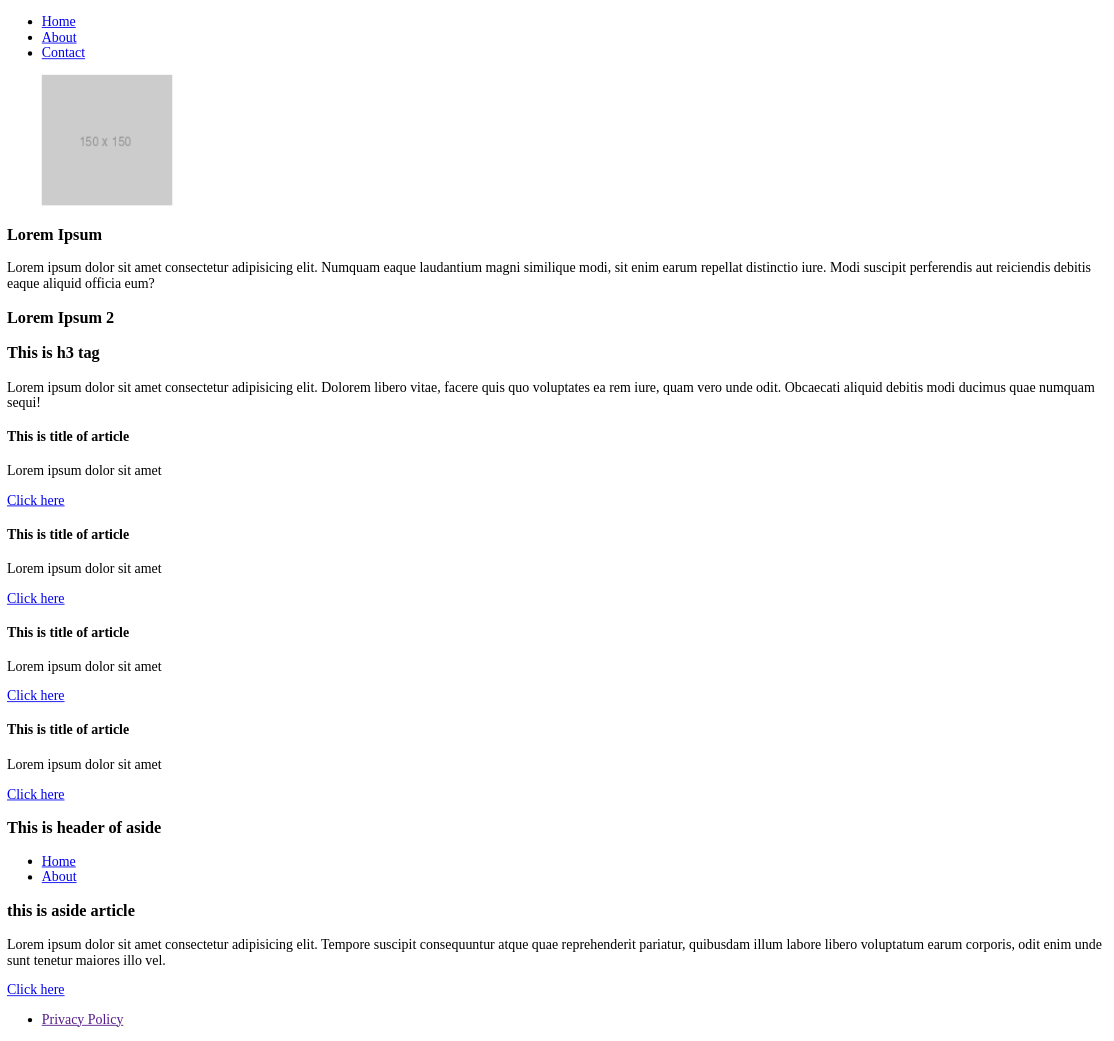
Repository: fisikusari/test-repo
Page: index.html
These files come from the project's save history. The page is drawn as it stood at one moment and after the next save; the edit follows.
The browser window is 1280 px wide. The pictures show the whole page, at 87% of full size.

Above is the page before, as saved 2021-11-11 18:38:19.

### index.html
<!DOCTYPE html>

<html lang="en">

<head>
  <meta charset="UTF-8">
  <meta http-equiv="X-UA-Compatible" content="IE=edge">
  <meta name="viewport" content="width=device-width, initial-scale=1.0">
  <title>Fisnik</title>
</head>
<nav>
  <ul>
    <li><a href="#">Home</a></li>
    <li><a href="about.html">About</a></li>
    <li><a href="contact.html">Contact</a></li>
  </ul>
</nav>


<body>
  <section class="main">
    <section>
      <figure>
        <img src="assets/150.png" alt="This is alt for this image">
      </figure>
      <h1>Lorem Ipsum</h1>
      <p>Lorem ipsum dolor sit amet consectetur adipisicing elit. Numquam eaque laudantium magni similique modi, sit enim earum repellat distinctio iure. Modi suscipit perferendis
        aut reiciendis debitis eaque aliquid officia eum?</p>
    </section>
    <section>
      <h1>Lorem Ipsum 2</h1>
      <h3>This is h3 tag</h3>
      <p>Lorem ipsum dolor sit amet consectetur adipisicing elit. Dolorem libero vitae, facere quis quo voluptates ea rem iure, quam vero unde odit. Obcaecati aliquid debitis modi
        ducimus quae numquam sequi!</p>
    </section>
    <section>
      <article>
        <h1>This is title of article</h1>
        <p>Lorem ipsum dolor sit amet</p>
        <a href="about.html">Click here</a>
      </article>
      <article>
        <h1>This is title of article</h1>
        <p>Lorem ipsum dolor sit amet</p>
        <a href="#">Click here</a>
      </article>
    </section>
    <section>
      <article>
        <h1>This is title of article</h1>
        <p>Lorem ipsum dolor sit amet</p>
        <a href="about.html">Click here</a>
      </article>
      <article>
        <h1>This is title of article</h1>
        <p>Lorem ipsum dolor sit amet</p>
        <a href="#">Click here</a>
      </article>
    </section>

  </section>
  <aside>
    <h3>This is header of aside</h3>
    <nav>
      <ul>
        <li><a href="#">Home</a></li>
        <li><a href="#">About</a></li>
      </ul>
    </nav>
    <article>
      <h1>this is aside article</h1>
      <p>Lorem ipsum dolor sit amet consectetur adipisicing elit. Tempore suscipit consequuntur atque quae reprehenderit pariatur, quibusdam illum labore libero voluptatum earum
        corporis, odit enim unde sunt tenetur maiores illo vel.</p>
      <a href="contact.html">Click here</a>
    </article>
  </aside>
</body>
<footer>
  <nav>
    <ul>
      <li><a href="">Privacy Policy</a></li>
    </ul>
  </nav>
</footer>

</html>

After the next save:
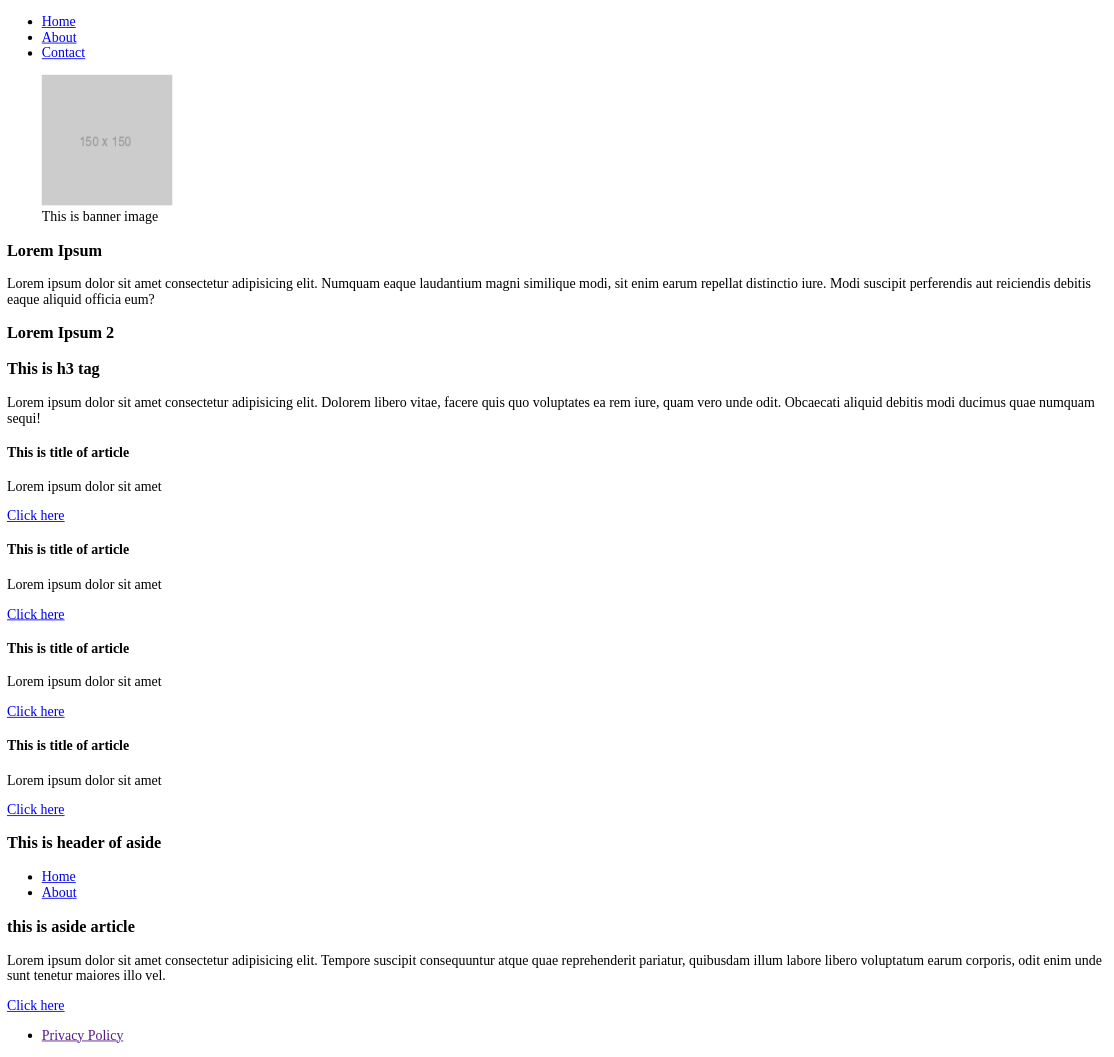
Saved 2 min 46 s later.
--- a/index.html
+++ b/index.html
@@ -22,6 +22,7 @@
     <section>
       <figure>
         <img src="assets/150.png" alt="This is alt for this image">
+        <figcaption>This is banner image</figcaption>
       </figure>
       <h1>Lorem Ipsum</h1>
       <p>Lorem ipsum dolor sit amet consectetur adipisicing elit. Numquam eaque laudantium magni similique modi, sit enim earum repellat distinctio iure. Modi suscipit perferendis
